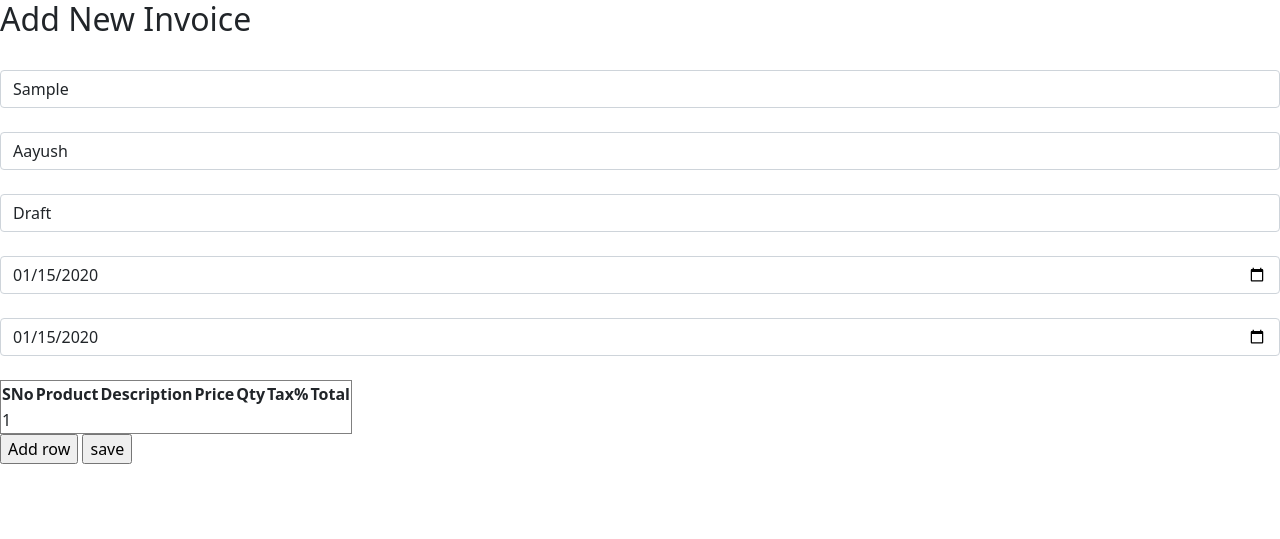
Repository: Aayush13013/Invoice_Management_app
Page: http://localhost/invoiceInfo/WEB-INF/jsp/new_invoiceInfo.jsp
The author's editor kept a copy of each file at every save. The page is drawn from the files as they stood at one save, then again after a run of saves.
The browser window is 1280 px wide. The pictures show the whole page.
Empty fields were first filled with sample values (such as "Sample", 5 or name@example.com).
After loading, the first visible `input[onclick="addRows('myTable')"]` was clicked once.
The page is served by Tomcat 9. Nobody is signed in. Other server files are loaded and not shown. The template is opened directly, without the code that normally fills it, so the values that code supplies are empty.

Above is the page before, as saved 2021-12-27 07:54:17.
Console error: ReferenceError: o is not defined

### invoiceInfo/invoiceInfo/src/main/webapp/WEB-INF/jsp/new_invoiceInfo.jsp
<%@ page language="java" contentType="text/html; charset=ISO-8859-1"
    pageEncoding="ISO-8859-1"%>
    <%@ taglib prefix="form" uri="http://www.springframework.org/tags/form"%>
	<%@ taglib prefix="c" uri="http://java.sun.com/jsp/jstl/core"%>


	<!DOCTYPE html>
<html>

<head>
    <meta charset="ISO-8859-1">
    <title>Add New Invoice</title>
    <link href="https://cdn.jsdelivr.net/npm/bootstrap@5.0.2/dist/css/bootstrap.min.css" rel="stylesheet"
        integrity="sha384-EVSTQN3/azprG1Anm3QDgpJLIm9Nao0Yz1ztcQTwFspd3yD65VohhpuuCOmLASjC" crossorigin="anonymous">

</head>

<body>
    <script>
        function addRows(id) {
            var table = document.getElementById(id);
            var array=["Computer","Mobile","PenDrive","Mouse"];

            var rowCount = table.rows.length;
            var row = table.insertRow(rowCount);
            var counts = rowCount-1;


            var cell0 = row.insertCell(0);
            cell0.innerHTML = rowCount ;


            var cell1 = row.insertCell(1);
            var element1 = document.createElement("select");
            element1.name="listOfProducts["+counts+"].productName";
            for(var i=0; i<array.length;i++){
            	var option = document.createElement("option");
            	option.value=array[i];
            	o
            }
            cell1.appendChild(element1);


            var cell2 = row.insertCell(2);
            var element2 = document.createElement("textarea");
            element2.type = "text";
            element2.name="listOfProducts["+counts+"].description";
            cell2.appendChild(element2);

            var cell3 = row.insertCell(3);
            var element3 = document.createElement("input");
            element3.type = "number";
            element3.name="listOfProducts["+counts+"].price";
            cell3.appendChild(element3);

            var cell4 = row.insertCell(4);
            var element4 = document.createElement("input");
            element4.type = "number";
            element4.name="listOfProducts["+counts+"].qty";
            cell4.appendChild(element4);

            var cell5 = row.insertCell(5);
            var element5 = document.createElement("input");
            element5.type = "number";
            element5.name="listOfProducts["+counts+"].taxPercent";
            cell5.appendChild(element5);

            var cell6 = row.insertCell(6);
            var element6 = document.createElement("input");
            element6.type = "number";
            element6.name="listOfProducts["+counts+"].total";
            cell6.appendChild(element6);
        }
    </script>


    <h2>Add New Invoice</h2><br>



    <form:form action="/saveInvoice" modelAttribute="invoiceInfo" method="POST">
        <form:hidden path="id" placeholder="id" class="form-control mb-4 col-4" />

        <form:input type="text" path="invoiceNo" placeholder="invoiceNo" class="form-control mb-4 col-4" />

        <form:select path="billTo"  class="form-control mb-4 col-4" required="required">
        	<optgroup label="Select_Customer">
	        	<form:option value="Aayush"></form:option>
	        	<form:option value="Shridhar"></form:option>
	        	<form:option value="Suneel"></form:option>
	        	<form:option value="Lekhana"></form:option>
        	</optgroup>
        </form:select>

        <form:select  path="status" class="form-control mb-4 col-4" >
	        <optgroup label="Select_Status">
	        	<form:option value="Draft"></form:option>
	        	<form:option value="Sent"></form:option>
	        	<form:option value="Paid"></form:option>
        	</optgroup>
        </form:select>

        <form:input type="date" path="invoiceDate" placeholder="invoiceDate" class="form-control mb-4 col-4" />

        <form:input type="date" path="dueDate" placeholder="dueDate" class="form-control mb-4 col-4" />

        <table id="myTable"  border="1">
            <thead>
                <tr>
                    <th>SNo</th>
                    <th>Product</th>
                    <th>Description</th>
                    <th>Price</th>
                    <th>Qty</th>
                    <th>Tax%</th>
                    <th>Total</th>
                </tr>

            </thead>

        </table>
        <input type="button" value="Add row" onclick="addRows('myTable')" />
        <input type="submit" value="save" />
    </form:form>
</body>

</html>

After the next 2 saves:
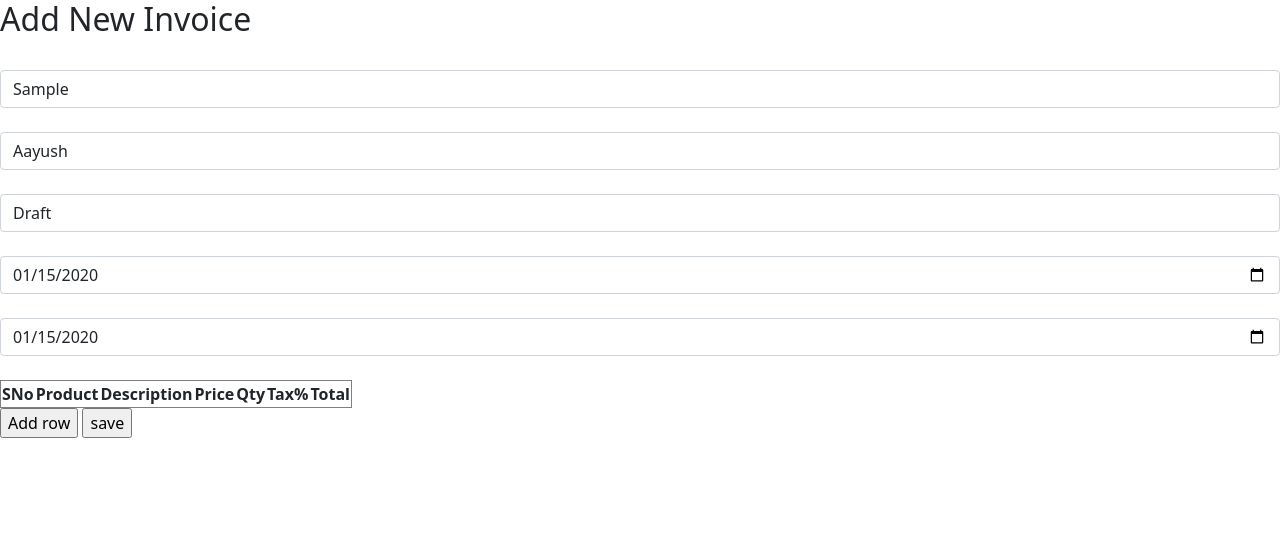
Console error: SyntaxError: Unexpected token ']'
The 2 saves are shown as one change because they came seconds apart.
The last was saved 6 s later.
--- a/invoiceInfo/invoiceInfo/src/main/webapp/WEB-INF/jsp/new_invoiceInfo.jsp
+++ b/invoiceInfo/invoiceInfo/src/main/webapp/WEB-INF/jsp/new_invoiceInfo.jsp
@@ -36,7 +36,7 @@
             for(var i=0; i<array.length;i++){
             	var option = document.createElement("option");
             	option.value=array[i];
-            	o
+            	option.text=array[]
             }
             cell1.appendChild(element1);
 

After the save that followed:
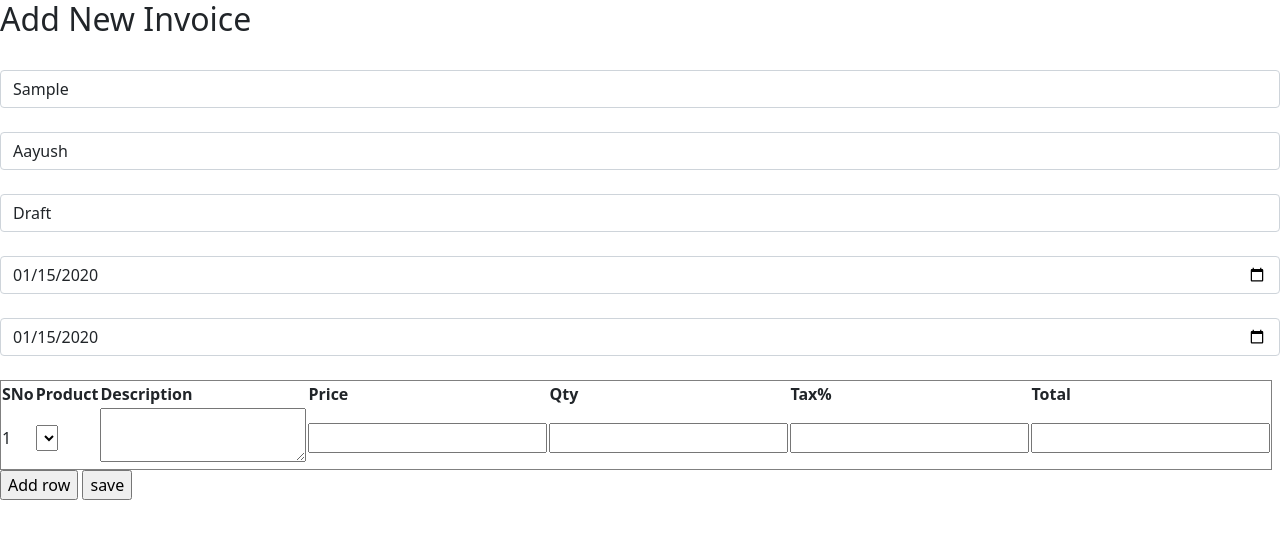
The error is gone.
Saved 6 s later.
--- a/invoiceInfo/invoiceInfo/src/main/webapp/WEB-INF/jsp/new_invoiceInfo.jsp
+++ b/invoiceInfo/invoiceInfo/src/main/webapp/WEB-INF/jsp/new_invoiceInfo.jsp
@@ -36,7 +36,7 @@
             for(var i=0; i<array.length;i++){
             	var option = document.createElement("option");
             	option.value=array[i];
-            	option.text=array[]
+            	option.text=array[i];
             }
             cell1.appendChild(element1);
 
